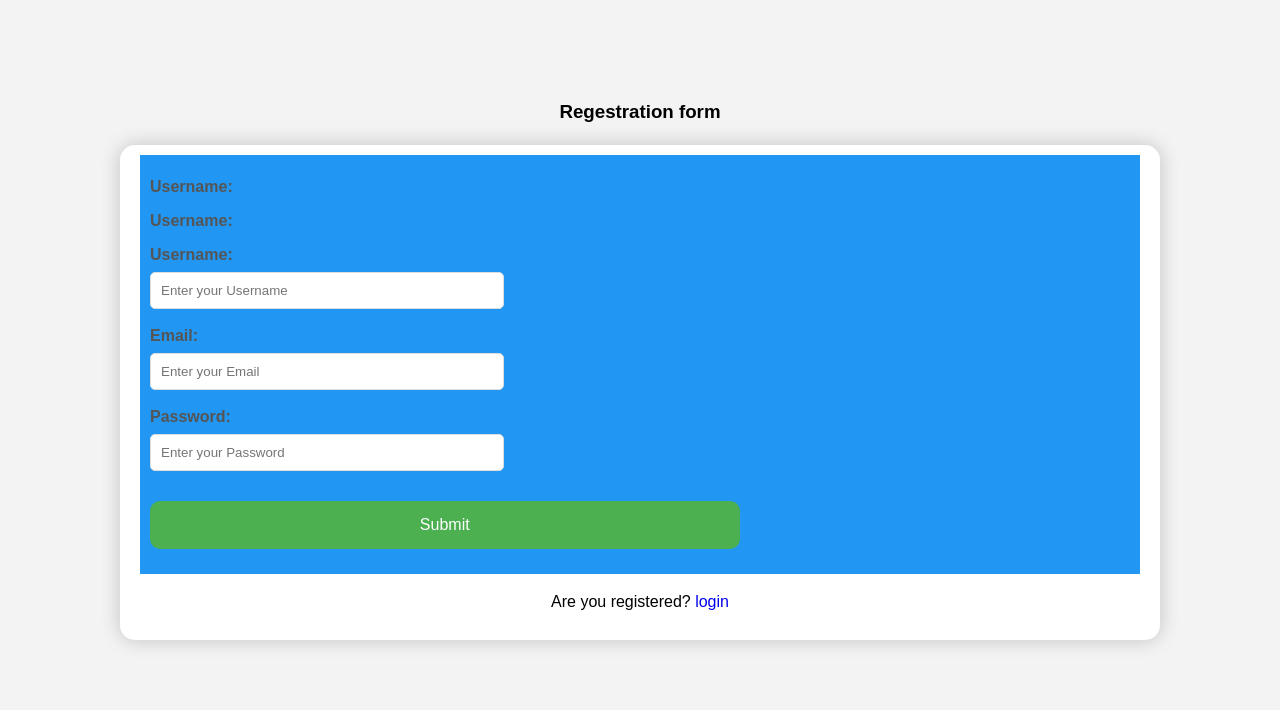
Repository: alizey12/Regestratin-Form-js
Page: regester.html
These files come from the project's save history. The page is drawn as it stood at one moment and after the next save; the edit follows.
The browser window is 1280 px wide. The pictures show the whole page.

Above is the page before, as saved 2024-11-29 13:43:57.

### regester.html
<!DOCTYPE html>
<html lang="en">
<head>
    <meta charset="UTF-8">
    <meta name="viewport" content="width=device-width, initial-scale=1.0">
    <link rel="stylesheet" href="regester.css">
    <title>Regestration form</title>
</head>
<body>
<h3>Regestration form</h3>


    <div class="main">

    <div class="grid-container">
        <form action="">
            <label for="first">
                Username:
            </label>
            <label for="second">
                Username:
            </label>
            <label for="first">
                Username:
            </label>
            <input type="text" id="first" name="first"
                placeholder="Enter your Username" required>

                <label for="first">
                    Email:
                </label>
                <input type="email" id="first" name="email"
                    placeholder="Enter your Email" required>

            <label for="password">
                Password:
            </label>
            <input type="password" id="password" name="password"
                placeholder="Enter your Password" required>

            <div class="wrap">
                <button type="submit">
                    Submit
                </button>
            </div>
        </form>
    </div>


        <p>Are you registered?
            <a href="signin.html" style="text-decoration: none;">
               login
            </a>
        </p>
    </div>


</body>
</html>

### regester.css


body {
    display: flex;
    align-items: center;
    justify-content: center;
    font-family: sans-serif;
    line-height: 1.5;
    min-height: 100vh;
    background: #f3f3f3;
    flex-direction: column;
    margin: 0;
}
.main {
    background-color: #fff;
    border-radius: 15px;
    box-shadow: 0 0 20px rgba(0, 0, 0, 0.2);
    padding: 10px 20px;
    transition: transform 0.2s;
    width: 1000px;
    text-align: center;
}

h1 {
    color: #4CAF50;
}

label {
    display: block;
    width: 60%;
    margin-top: 10px;
    margin-bottom: 5px;
    text-align: left;
    color: #555;
    font-weight: bold;
}

input {
    display: block;
    width: 60%;
    margin-bottom: 15px;
    padding: 10px;
    box-sizing: border-box;
    border: 1px solid #ddd;
    border-radius: 5px;
}

button {
    padding: 15px;
    border-radius: 10px;
    margin-top: 15px;
    margin-bottom: 15px;
    border: none;
    color: white;
    cursor: pointer;
    background-color: #4CAF50;
    width: 100%;
    font-size: 16px;
}

.wrap {
    display: flex;
    justify-content: center;
    align-items: center;
}



.grid-container{
    display: grid;
    grid-template-columns: auto auto;
    background-color: #2196F3;
    padding: 10px;
}

After the next save:
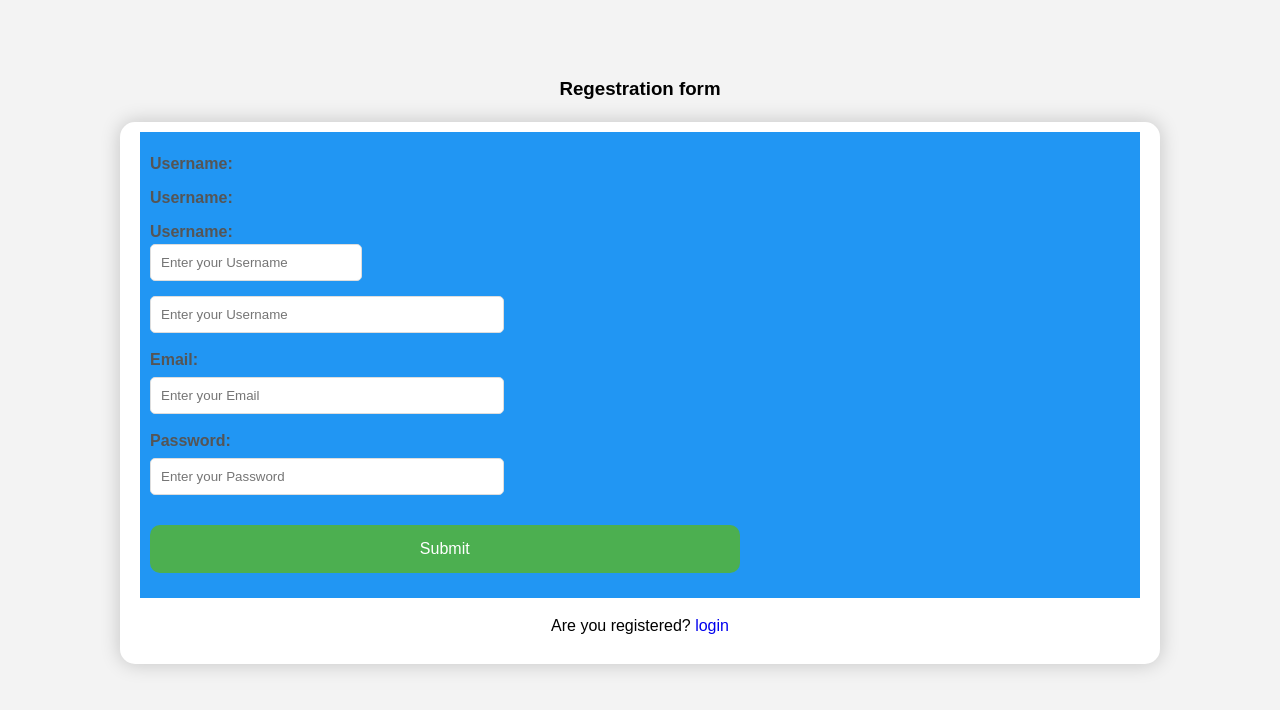
Saved 20 s later.
--- a/regester.html
+++ b/regester.html
@@ -22,6 +22,9 @@
             </label>
             <label for="first">
                 Username:
+                <input type="text" id="first" name="first"
+                placeholder="Enter your Username" required>
+
             </label>
             <input type="text" id="first" name="first"
                 placeholder="Enter your Username" required>

After the save that followed:
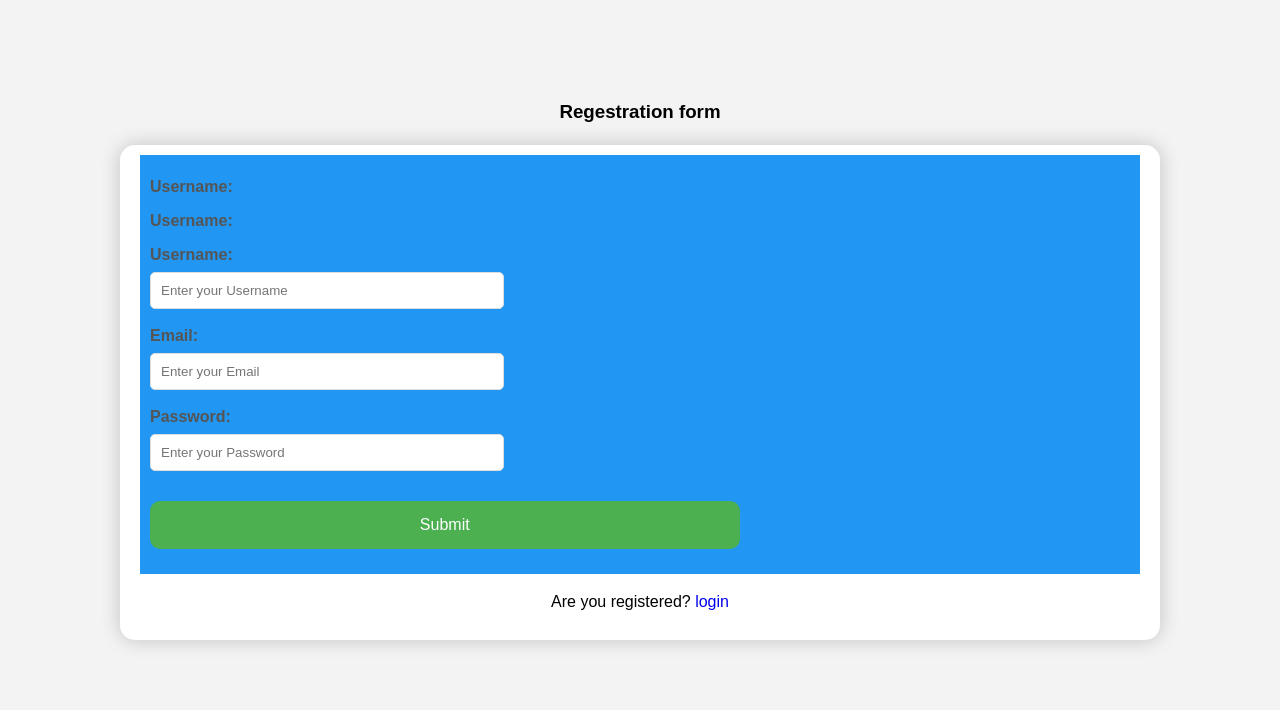
Saved 7 s later.
--- a/regester.html
+++ b/regester.html
@@ -22,8 +22,6 @@
             </label>
             <label for="first">
                 Username:
-                <input type="text" id="first" name="first"
-                placeholder="Enter your Username" required>
 
             </label>
             <input type="text" id="first" name="first"
